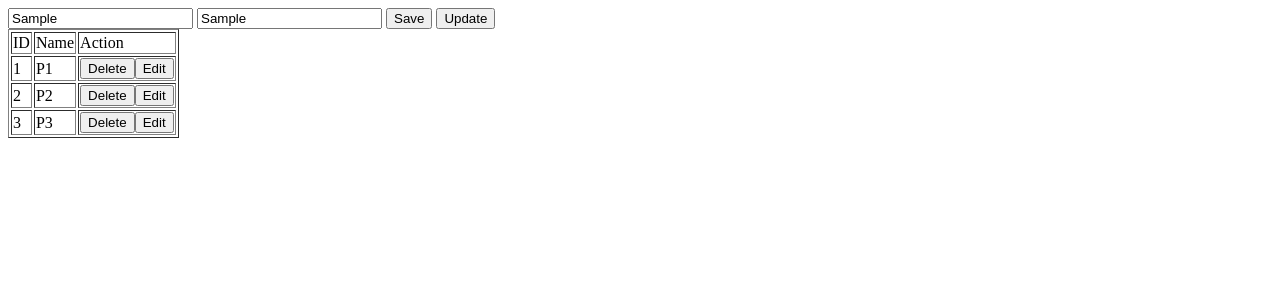
Repository: minhtuan16/JS-Basic
Page: JavaScript Begin/htmldom.html
An editor plug-in stored every save of this project. The page is shown before and after the next save, followed by the edit.
The browser window is 1280 px wide. The pictures show the whole page.
Empty fields were first filled with sample values (such as "Sample", 5 or name@example.com).
After loading, the first visible `#updateBtn` was clicked once.

Above is the page before, as saved 2022-06-03 21:02:37.

### JavaScript Begin/htmldom.html
<!DOCTYPE html>
<html lang="en">
<head>
    <meta charset="UTF-8">
    <meta http-equiv="X-UA-Compatible" content="IE=edge">
    <meta name="viewport" content="width=device-width, initial-scale=1.0">
    <title>Document</title>
</head>
<body>
    <form action="" id="form">
        <input type="text" id="id" value="">
        <input type="text" id="name" value="">
        <button type="button" id="saveBtn" onclick="create()">Save</button>
        <button type="button" id="updateBtn" onclick="update()">Update</button>
    </form>
    <table border="1px">
        <tr>
            <td>ID</td>
            <td>Name</td>
            <td>Action</td>
        </tr>

        <tbody id="tableBody">

        </tbody>
    </table>

    <script>
        var data = [
            {id:1, name:"P1"},
            {id:2, name:"P2"},
            {id:3, name:"P3"}
        ]

        function drawTr(person) {
            var tr = document.createElement("tr");
            var tdId = document.createElement("td");
            var tdName = document.createElement("td");
            var tdOption = document.createElement("td");

            var delBtn = document.createElement("button");
            var editBtn = document.createElement("button");

            delBtn.innerText = 'Delete';
            editBtn.innerText = 'Edit';

            //bat su kien
            delBtn.onclick = function() {
                deletePerson(person.id);
            }

            editBtn.onclick = function() {
                editPerson(id);
            }

            // dung ham nay de bat su kien cung duoc
            // delBtn.addEventListener("click", function() {
            //     deletePerson(person.id);
            // })

            tdOption.appendChild(delBtn); //appendChild la nhet them nut delete vao trong cot
            tdOption.appendChild(editBtn);

            tdId.innerHTML = person.id;
            tdName.innerHTML = person.name;

            tr.appendChild(tdId);
            tr.appendChild(tdName);
            tr.appendChild(tdOption);

            var tableBody = document.getElementById("tableBody");
            tableBody.appendChild(tr);
        }

        function resetDrawTable(persons) {

            var tableBody = document.getElementById("tableBody");
            tableBody.innerHTML = "";

            for(var i = 0; i < persons.length; i++) {
                drawTr(persons[i]);
            }
        }

        //goi ham in ra toan bo mang
        // resetDrawTable(data);

        // doc du lieu tu form ben tren
        function create() {

            var idInput = document.getElementById("id");
            var nameInput = document.getElementById("name");
            // var saveInput = document.getElementById("saveBtn");

            var id = idInput.value;
            var name = nameInput.value;

            var p = {id: id, name: name};

            data.push(p);
            // var data1 = [];
            // data1.push(p);

            resetDrawTable(data);
        }

        function deletePerson(id) {
            // let index = data1.findIndex(p => p.id == id); // loc duoc id
            // data1.splice(index, 1);

            // loc ra person co id khac id muon xoa
            var newData = data.filter(p => p.id != id);

            data = newData;
            resetDrawTable(data)

        }

        function editPerson(id) {

            // tim person co id
            // cach 1
            // var newData = data.filter(x => x.id == id)

            // data = newData

            // resetDrawTable(data)

            // cach 2
            var index = data.findIndex(x => x.id == id);
            let person = data[index];

            //day du lieu len form
            var idInput = document.getElementById("id");
            var nameInput = document.getElementById("name");

            idInput.value = person.id
            nameInput.value = person.name
        }

        function update() {

            var idInput = document.getElementById("id");
            var nameInput = document.getElementById("name");
            // var saveInput = document.getElementById("saveBtn");

            var id = idInput.value;
            var name = nameInput.value;

            // xoa thang cu di
            // var newData = data.filter(p => p.id != id);
            // newData.push({id: id, name: name});
            // data = newData
            var index = data.findIndex(x => x.id == id);
            data[index] = {id, name}

            // luu lai thang moi

            // var data1 = [];
            // data1.push(p);

            resetDrawTable(data);
        }
    </script>
</body>
</html>

After the next save:
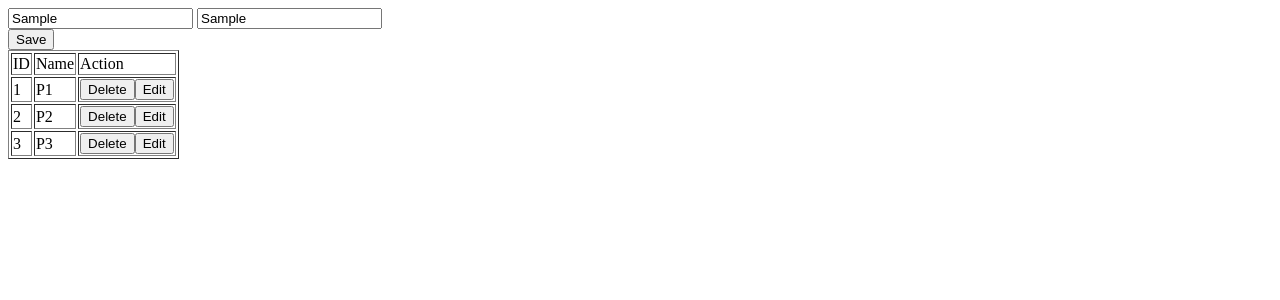
Saved 115 s later.
--- a/JavaScript Begin/htmldom.html
+++ b/JavaScript Begin/htmldom.html
@@ -160,6 +160,8 @@
             // data1.push(p);
 
             resetDrawTable(data);
+            document.getElementById("updateBtn").style.display= 'none';
+            document.getElementById("saveBtn").style.display= 'block';
         }
     </script>
 </body>
